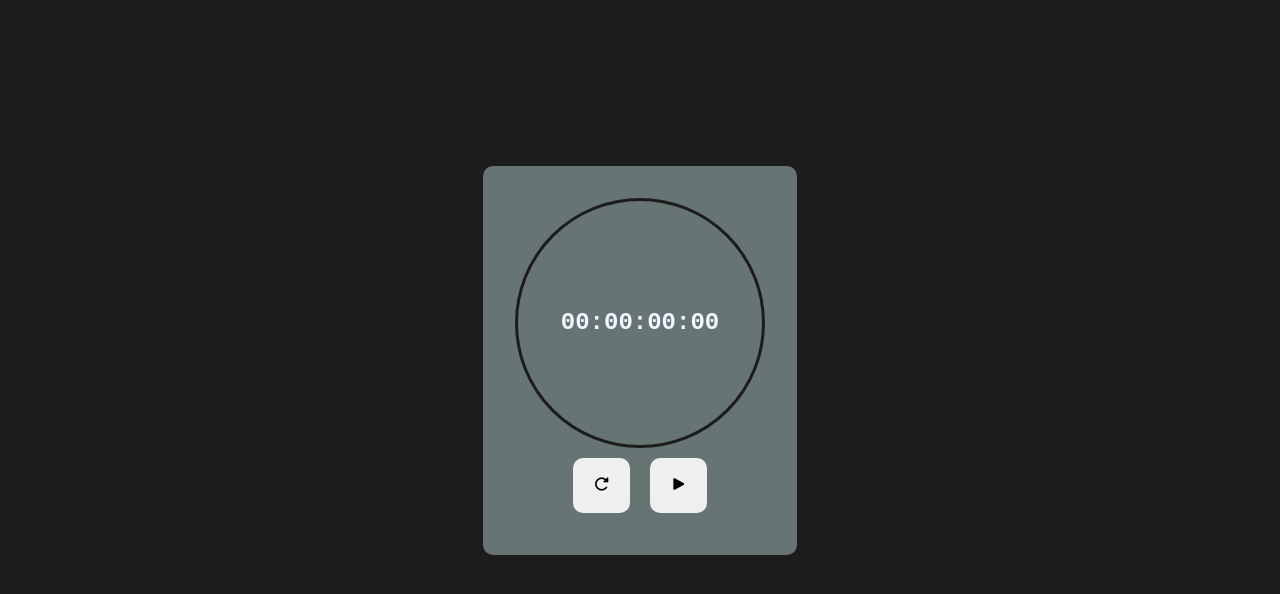
Repository: ValdemarCaculo/TEMPORIZADOR
Page: index.html
The author's editor kept a copy of each file at every save. The page is drawn from the files as they stood at one save, then again after the next save.
The browser window is 1280 px wide. The pictures show the whole page.
Some web libraries are served in a nearby version.

Above is the page before, as saved 2025-12-06 15:34:11.

### index.html
<!DOCTYPE html>
<html lang="en">

<head>
    <meta charset="UTF-8">
    <meta name="viewport" content="width=device-width, initial-scale=1.0">
    <link rel="stylesheet" href="/CSS/style.css">
    <link rel="stylesheet" href="https://cdnjs.cloudflare.com/ajax/libs/font-awesome/7.0.1/css/all.min.css"
        integrity="sha512-2SwdPD6INVrV/lHTZbO2nodKhrnDdJK9/kg2XD1r9uGqPo1cUbujc+IYdlYdEErWNu69gVcYgdxlmVmzTWnetw=="
        crossorigin="anonymous" referrerpolicy="no-referrer" />
    <title>Temporizador</title>
</head>

<body>

    <div class="contador">

        <h2 id="time">00:00:00:00</h2>

        <div class="content">

            <button id="reset">
                <i class="fa-solid fa-rotate-right"></i>
            </button>
            <button id="inicio" action="start">
                <i class="fa-solid fa-play">
                </i></button>

        </div>
    </div>



</body>

</html>

### CSS/style.css
* {
    margin: 0;
    padding: 0;
    box-sizing: border-box;
    font-family: 'Courier New', Courier, monospace;
}

body {
    height: 100vh;
    display: flex;
    background-color: #1c1c1c;
    color: aliceblue;
    align-items: center;
    justify-content: center;


}

.contador {
    padding: 2rem;
    background-color: #677474;
    border-radius: 10px;
}

#time {
    background-color: #677474;
    width: 250px;
    height: 250px;
    border: 3px solid #1c1c1c;
    padding: 1rem;
    border-radius: 50%;
    align-items: center;
    justify-content: center;
    display: flex;
}

.content {
    display: flex;
    justify-content: center;

}

button {
    border-radius: 10px;
    margin: 10px;
    padding: 20px;
    border: none;
    cursor: pointer;

}

After the next save:
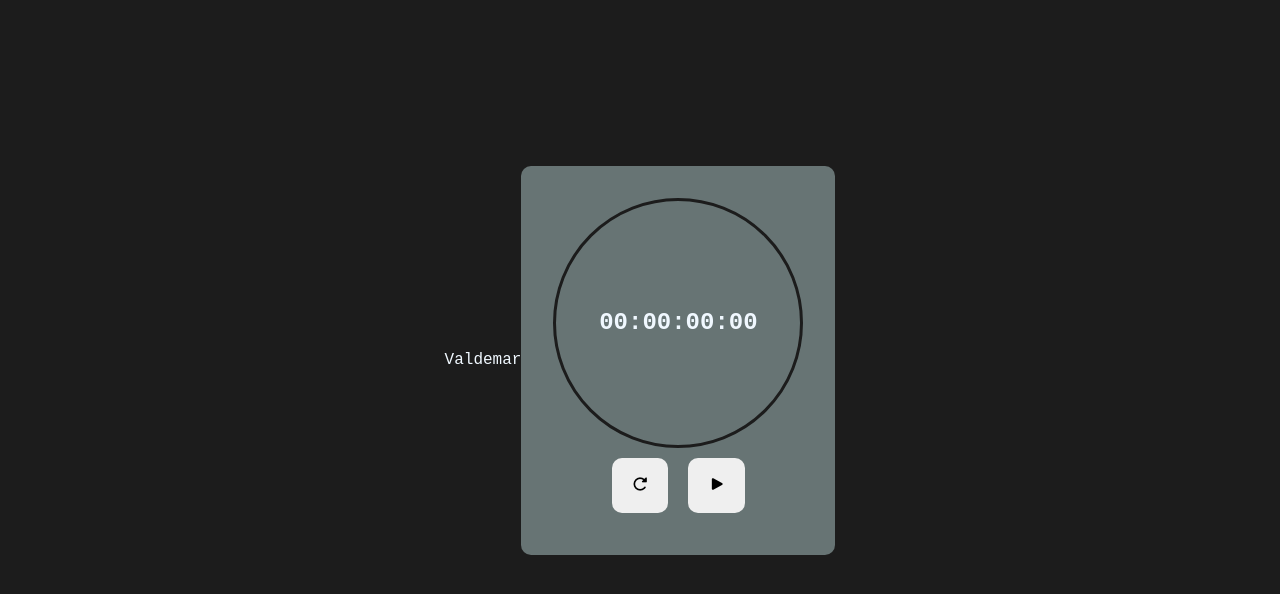
Saved 4 s later.
--- a/index.html
+++ b/index.html
@@ -12,7 +12,7 @@
 </head>
 
 <body>
-
+    Valdemar
     <div class="contador">
 
         <h2 id="time">00:00:00:00</h2>
